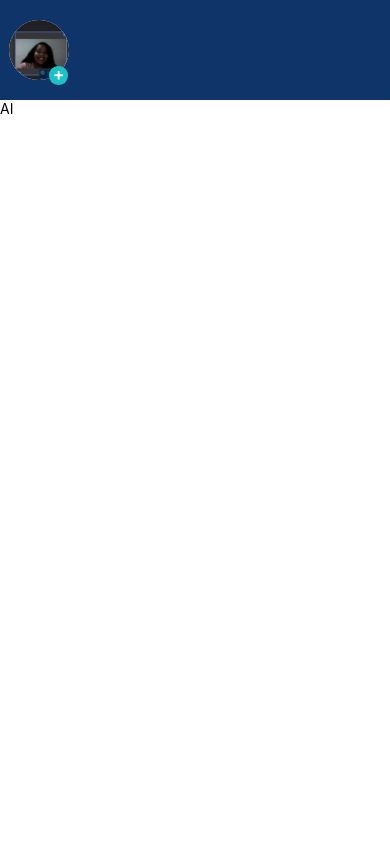
Repository: andre06x/native-estacio
Screen: /
The author's editor kept a copy of each file at every save. The screen is drawn from the files as they stood at one save, then again after the next save.
The app was drawn by React Native's web renderer in a window 390 px wide. The project was rebuilt for these pictures with package versions that can differ from the ones it lists, and the page was loaded fresh each time. Also part of the build but not shown: src/Pages/Login/index.tsx.

Above is the screen before, as saved 2022-03-24 13:55:44.

After the next save:
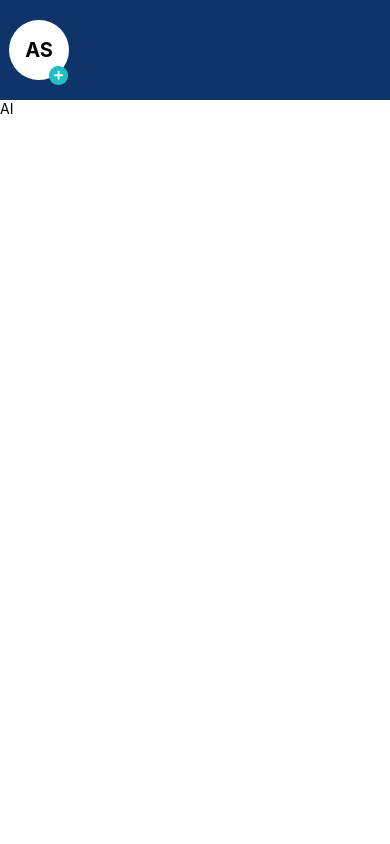
Saved 27 s later.
--- a/src/Pages/Home/index.tsx
+++ b/src/Pages/Home/index.tsx
@@ -11,8 +11,8 @@
 
         <View style={styles.profile}>
           <View style={styles.profile_text_image}>
-            {/* <Text style={styles.profile_text}>AS</Text> */}
-            <Image style={styles.profile_image} source={require('./teste.jpg')} />
+            <Text style={styles.profile_text}>AS</Text>
+            {/* <Image style={styles.profile_image} source={require('./teste.jpg')} /> */}
 
             <View style={styles.profile_container_icon}>
               <FontAwesome5 name="plus" size={10} color="white" />
